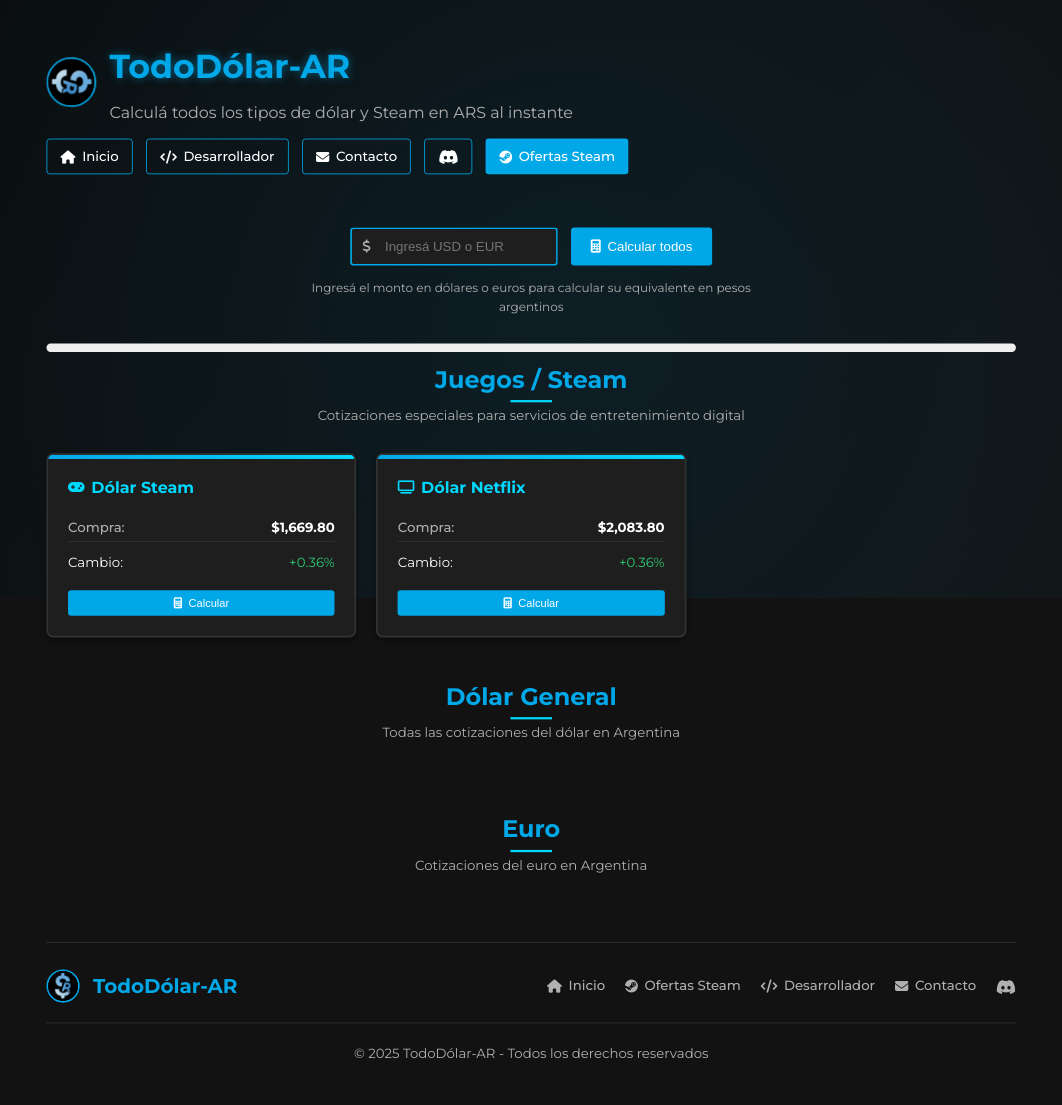
Repository: FabriDevelope/todod-lar-ar
Page: inicio/index.html
These files come from the project's save history. The page is drawn as it stood at one moment and after the next save; the edit follows.
The browser window is 1280 px wide. The pictures show the whole page, at 83% of full size.
The page's requests for data from a server got no answer.

Above is the page before, as saved 2025-09-06 22:45:05.

After the next save:
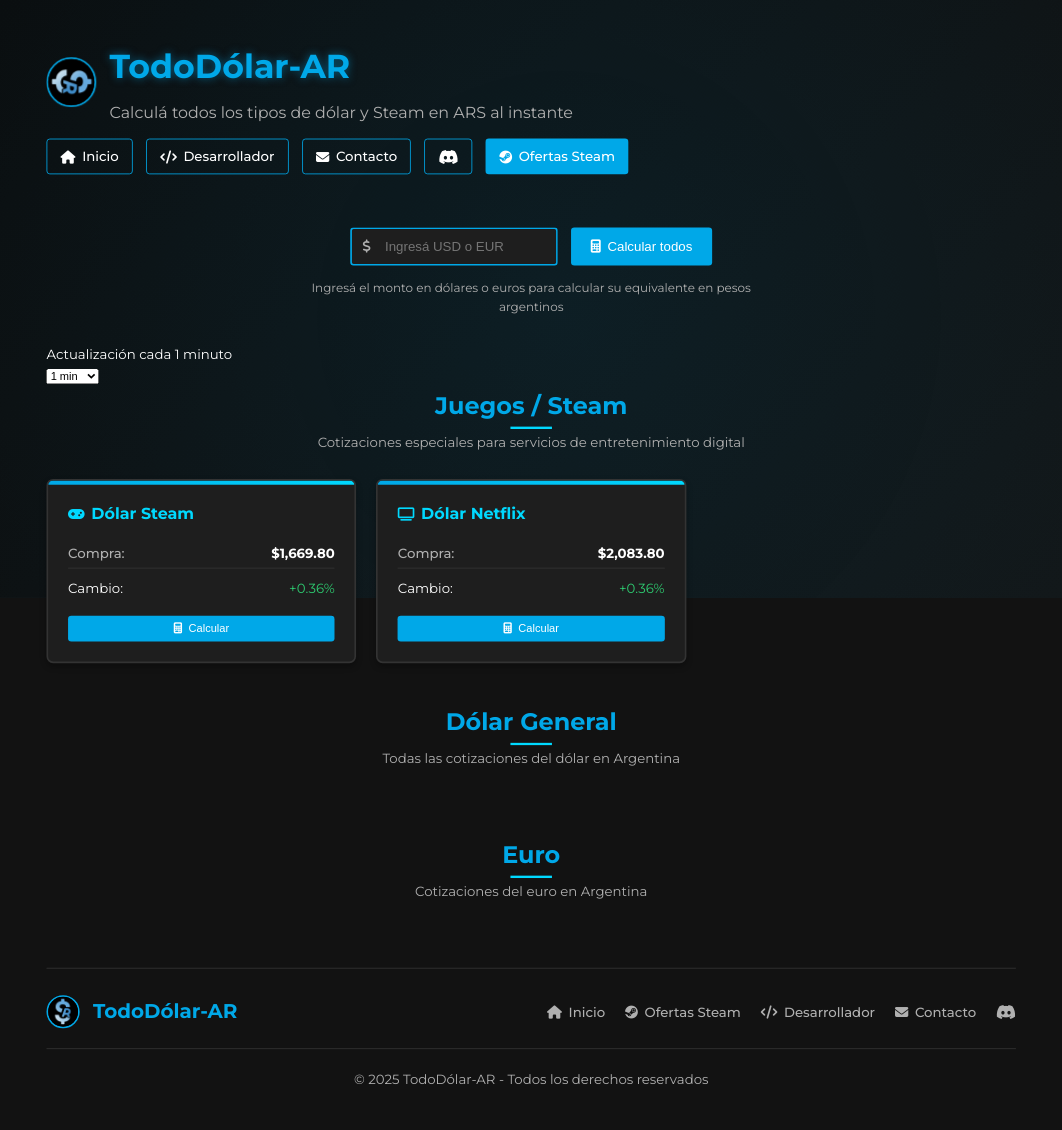
Saved 62 s later.
--- a/inicio/index.html
+++ b/inicio/index.html
@@ -58,9 +58,20 @@
             <p class="input-description">Ingresá el monto en dólares o euros para calcular su equivalente en pesos argentinos</p>
         </section>
 
-        <div id="update-bar-container" style="width: 100%; height: 10px; background: #eee; border-radius: 5px; margin-bottom: 10px;">
-            <div id="update-bar" style="width: 0%; height: 100%; background: var(--accent-color); border-radius: 5px;"></div>
+        <!-- Agregá esto en tu HTML, donde quieras mostrar la barra y el intervalo -->
+        <div class="update-container">
+            <div id="update-text">Actualización cada 1 minuto</div>
+            <div id="update-bar-container">
+                <div id="update-bar"></div>
+            </div>
+            <select id="update-interval-select">
+                <option value="60000">1 min</option>
+                <option value="300000">5 min</option>
+                <option value="900000">15 min</option>
+                <option value="3600000">1 hora</option>
+            </select>
         </div>
+
 
 
         <!-- Tarjetas de Juegos/Steam -->
